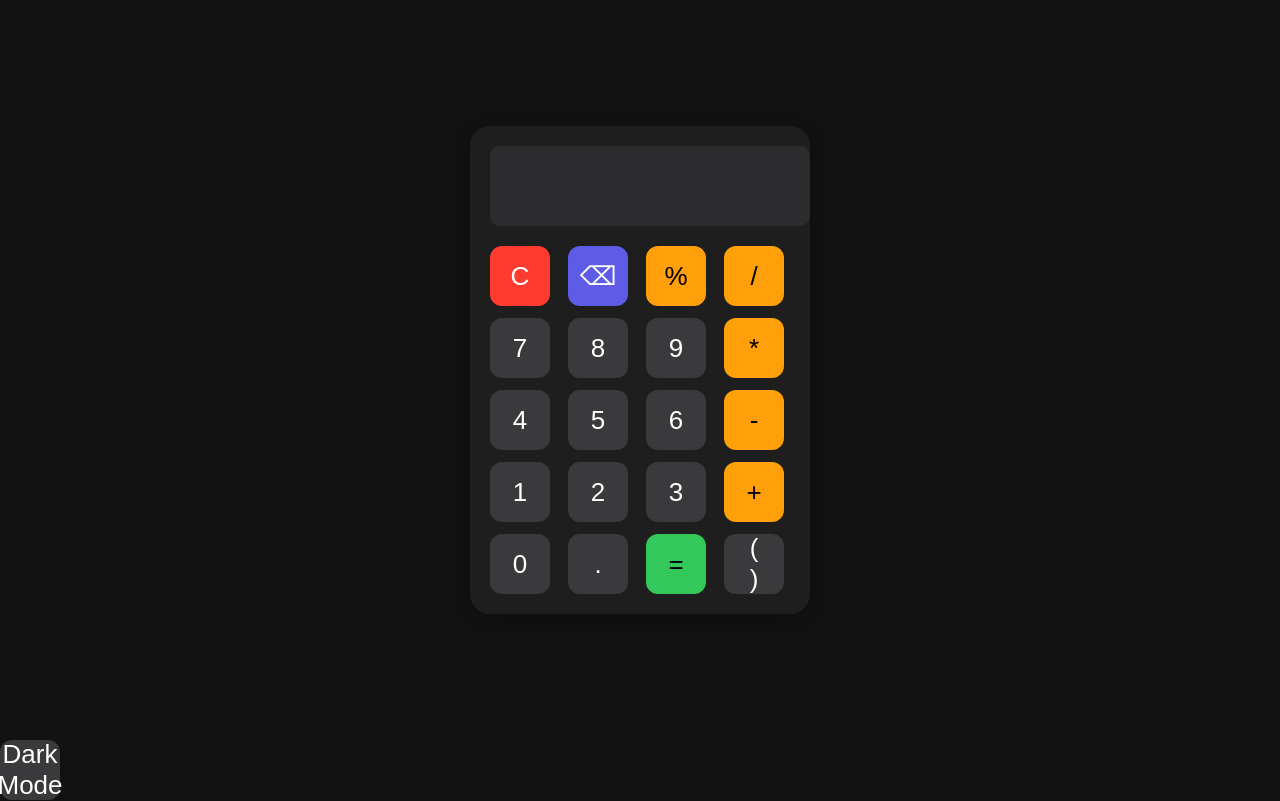
Repository: mahalakshmi-00/Calculator
Page: index.html
An editor plug-in stored every save of this project. The page is shown before and after the next save, followed by the edit.
The browser window is 1280 px wide. The pictures show the whole page.
Some web fonts or font styles are not loaded; a fallback is used.

Above is the page before, as saved 2025-05-01 21:21:11.

After the next save:
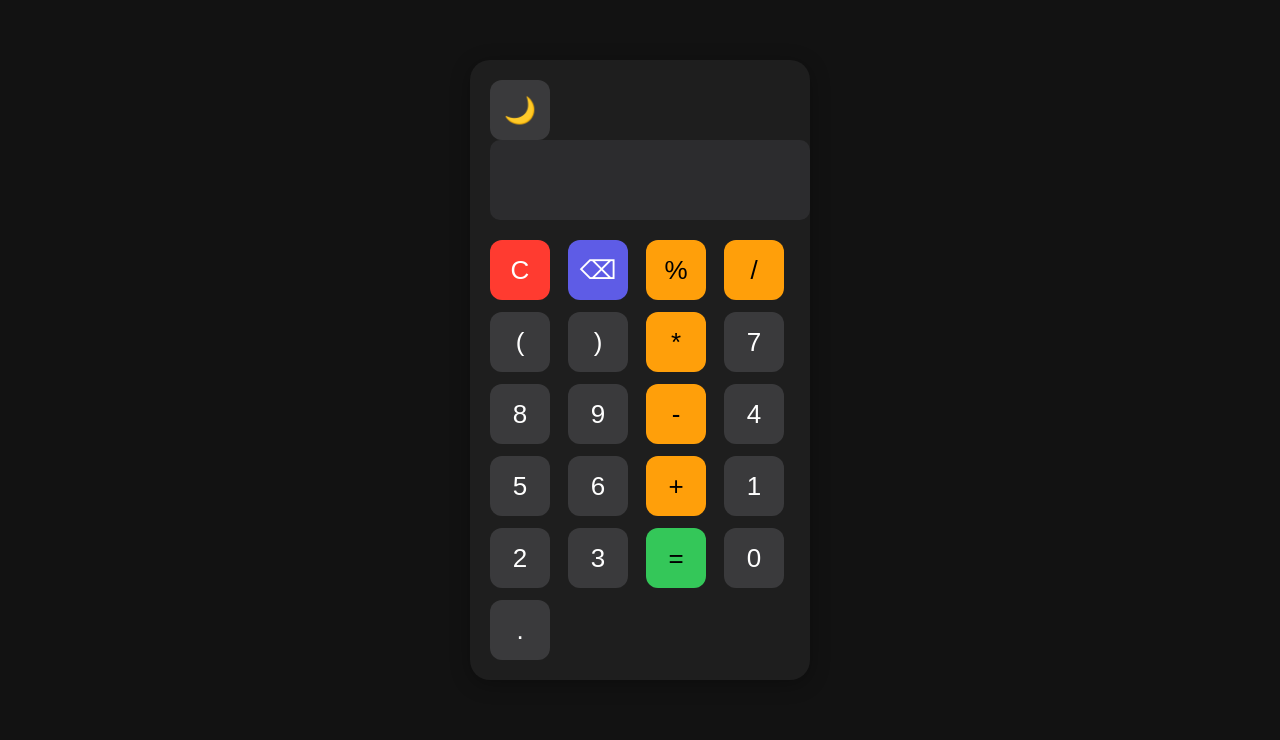
Saved 118 s later.
--- a/index.html
+++ b/index.html
@@ -10,6 +10,9 @@
 <body>
   <div class="container">
     <div class="calculator">
+      <!-- Dark mode toggle button at the top right -->
+      <button id="toggle-mode" class="toggle-mode">🌙</button>
+
       <input type="text" id="display" disabled>
       <div class="buttons">
         <button class="clear">C</button>
@@ -17,31 +20,31 @@
         <button class="operator">%</button>
         <button class="operator">/</button>
 
+        <button class="parenthesis">(</button>
+        <button class="parenthesis">)</button>
+        <button class="operator">*</button>
         <button class="number">7</button>
+
         <button class="number">8</button>
         <button class="number">9</button>
-        <button class="operator">*</button>
+        <button class="operator">-</button>
 
         <button class="number">4</button>
         <button class="number">5</button>
         <button class="number">6</button>
-        <button class="operator">-</button>
+        <button class="operator">+</button>
 
         <button class="number">1</button>
         <button class="number">2</button>
         <button class="number">3</button>
-        <button class="operator">+</button>
+        <button class="equals">=</button>
 
         <button class="number">0</button>
         <button class="decimal">.</button>
-        <button class="equals">=</button>
-        <button class="parentheses">( )</button>
       </div>
     </div>
   </div>
 
-  <button id="toggle-mode"> Dark Mode</button>
-
   <script src="script.js"></script>
 </body>
 </html>
